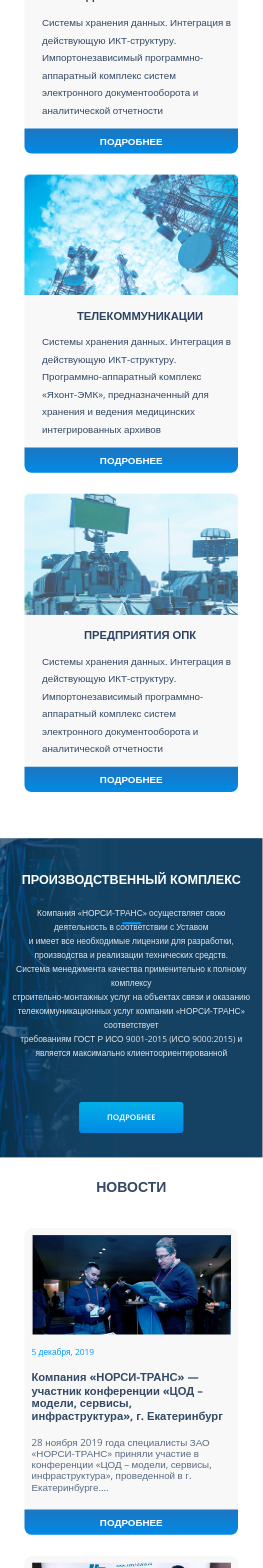
Repository: frostnn/testTaskBurbon
Page: app/index.html
The author's editor kept a copy of each file at every save. The page is drawn from the files as they stood at one save, then again after the next save.
The browser window is 375 px wide. The pictures show the part of the page from y = 1348 to 3588 px (the page is 6626 px tall before and 6646 px after), at 70% of full size.
The style sheet was rebuilt from its Sass, Less or Tailwind sources for each picture, by a compiler version that may differ from the author's.

Above is the page before, as saved 2020-07-16 23:13:16.

After the next save:
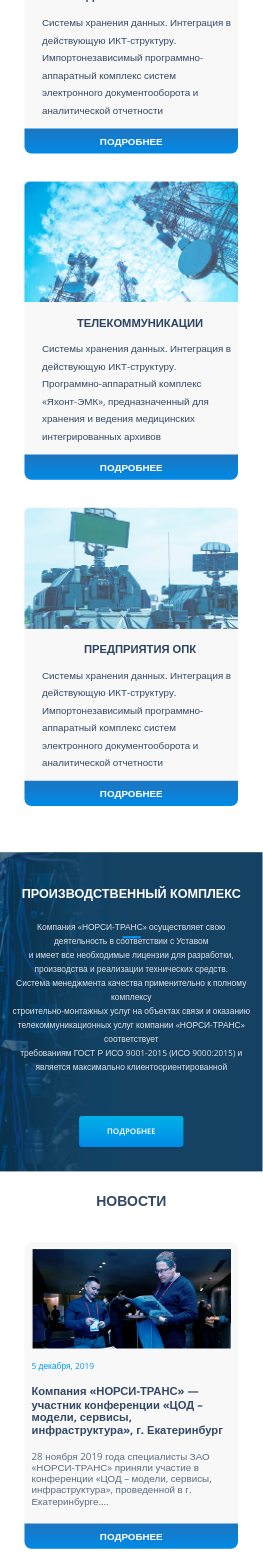
Saved 34 s later.
--- a/app/scss/_media.scss
+++ b/app/scss/_media.scss
@@ -732,6 +732,7 @@
       font-size: 12px;
     }
   }
+  .industries-block__content:nth-child(4), .industries-block__content:nth-child(3),
   .industries-block__content {
     margin-top: 40px;
   }
